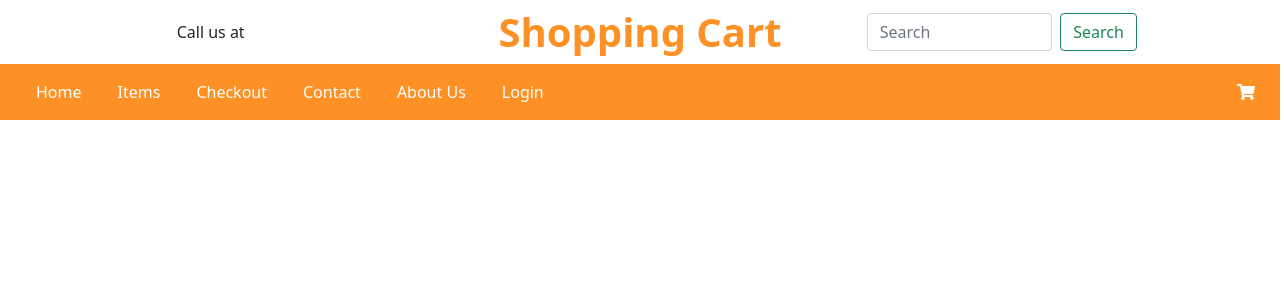
Repository: SaudCh/React-Ecommerce
Page: /login
An editor plug-in stored every save of this project. The page is shown before and after the next save, followed by the edit.
The browser window is 1280 px wide. The page is 1284 px wide, so the pictures cover 1284 px, including what lies to the right of the window. The pictures show the whole page.
The project was rebuilt for these pictures with package versions that can differ from the ones it lists, and the page was loaded fresh each time. Also part of the build but not shown: src/App.css.

Above is the page before, as saved 2021-12-05 12:42:42.

After the next save:
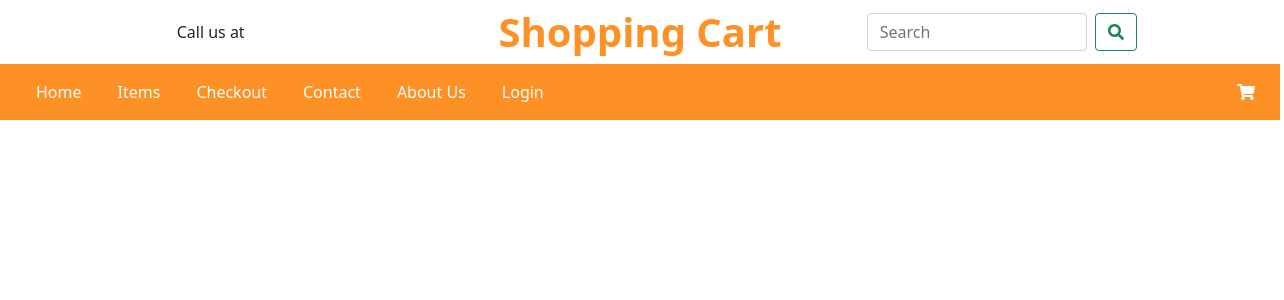
Saved 41 s later.
--- a/src/Header/Header.jsx
+++ b/src/Header/Header.jsx
@@ -1,4 +1,4 @@
-import { faShoppingCart } from "@fortawesome/free-solid-svg-icons";
+import { faSearch, faShoppingCart } from "@fortawesome/free-solid-svg-icons";
 import { FontAwesomeIcon } from "@fortawesome/react-fontawesome";
 import React from "react";
 import { Link } from "react-router-dom";
@@ -26,7 +26,7 @@ export default function Header() {
                 aria-label="Search"
               />
               <button class="btn btn-outline-success" type="submit">
-                Search
+                <FontAwesomeIcon icon={faSearch} />
               </button>
             </form>
           </div>
